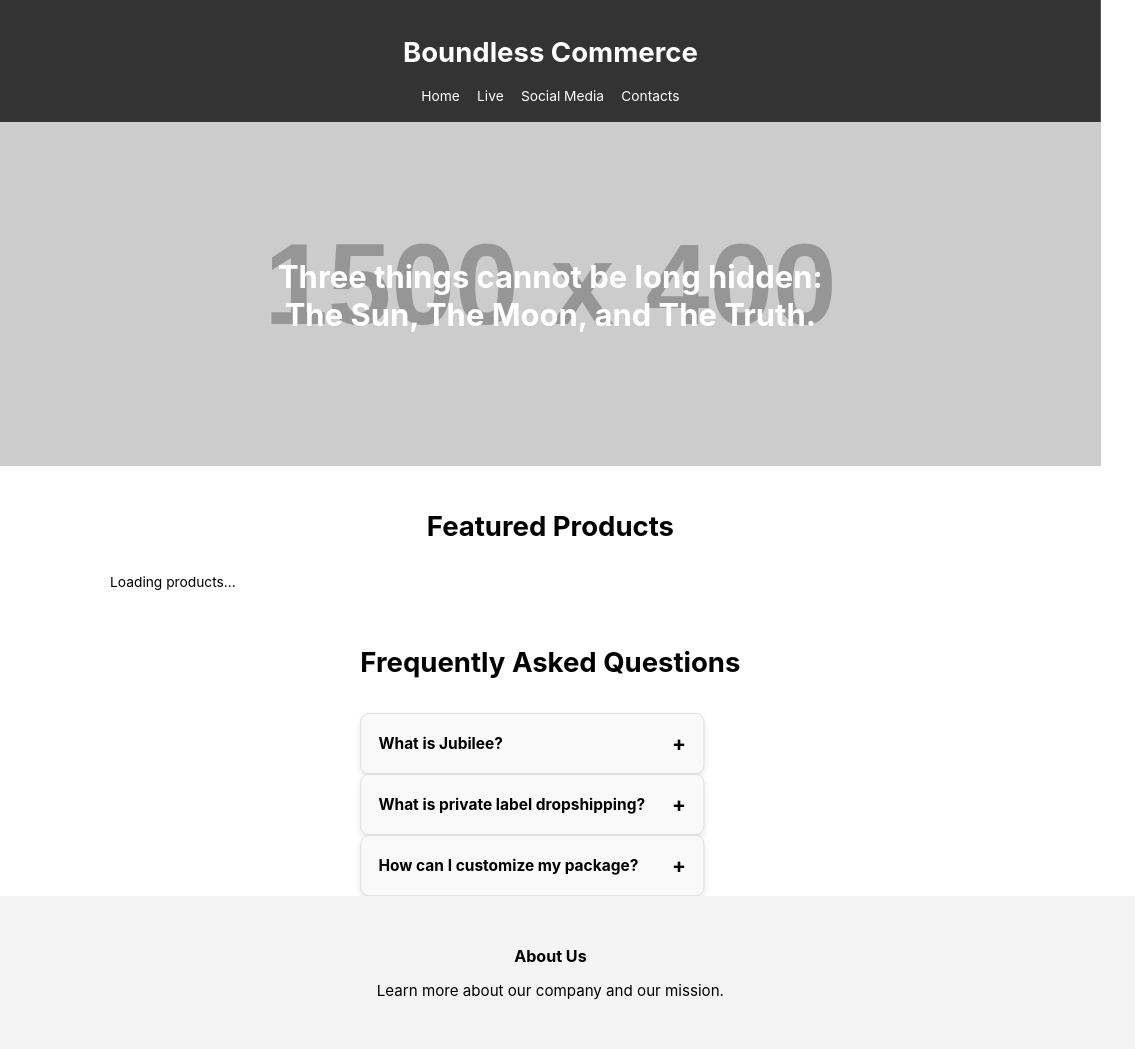
Repository: Nn-Exe/chunar-ecommerce
Page: / (app in ecommerce-frontend/)
These files come from the project's save history. The page is drawn as it stood at one moment and after the next save; the edit follows.
The browser window is 1280 px wide. The page is 1320 px wide, so the pictures cover 1320 px, including what lies to the right of the window. The pictures show the whole page, at 86% of full size.
The page's requests for data from a server got no answer. The project was rebuilt for these pictures with package versions that can differ from the ones it lists, and the page was loaded fresh each time. No one was signed in, and anything a server would have sent is missing.

Above is the page before, as saved 2024-09-11 13:49:41.

### ecommerce-frontend/src/App.js
import React, { useState, useEffect } from 'react';
import './App.css';
import { BrowserRouter as Router, Route, Routes } from 'react-router-dom';  // Importing React Router
import Navbar from './components/Navbar';  // Correct way to import default export
import HeroSection from './components/HeroSection';  // Correct way to import default export
import ProductList from './components/ProductList';  // Correct way to import default export
import Faq from './components/Faq';  // Import the Faq component from the components folder

// Home page component (the default view)
function Home({ products }) {
  return (
    <div className="home-page">
      {/* Hero Section */}
      <div className="hero-container">
        <HeroSection />
      </div>

      {/* Featured Products Section */}
      <section className="products-section">
        <div className="section-header">
          <h2>Featured Products</h2>
        </div>

        <div className="product-grid">
          <ProductList products={products} />
        </div>
      </section>

      <br />

      {/* FAQ Section */}
      <Faq />  {/* Using the imported Faq component */}

      {/* Add more sections here */}
      <section className="about-section">
        <div className="about-content">
          <h3>About Us</h3>
          <p>Learn more about our company and our mission.</p>
        </div>
      </section>
    </div>
  );
}

// Other page components
function Live() {
  return <h2>Live Page</h2>;
}

function Contacts() {
  return <h2>Contacts Page</h2>;
}

function SocialMedia() {
  // External link can be opened using an anchor tag, so no need for a separate page.
  window.location.href = "https://linktr.ee/chunar.co";  // Redirect to external social media page
  return null;
}

function App() {
  const [products, setProducts] = useState([]);

  useEffect(() => {
    fetch('http://localhost:5000/api/products')
      .then((response) => response.json())
      .then((data) => setProducts(data))
      .catch((error) => console.error('Error fetching products:', error));
  }, []);

  return (
    <Router>
      <div className="App">
        <header className="App-header">
          <h1>Boundless Commerce</h1>
          <Navbar />
        </header>

        <Routes>
          {/* Home page route */}
          <Route path="/" element={<Home products={products} />} />

          {/* Other pages */}
          <Route path="/live" element={<Live />} />
          <Route path="/contacts" element={<Contacts />} />

          {/* Redirect to external social media link */}
          <Route path="/social-media" element={<SocialMedia />} />
        </Routes>
      </div>
    </Router>
  );
}

export default App;

### ecommerce-frontend/src/App.css
/* ------------- Main Structure ------------ */

.App-header {
  background-color: #333;
  color: white;
  padding: 20px;
  text-align: center;
}

nav ul {
  list-style-type: none;
  padding: 0;
  margin: 0;
  display: flex;
  justify-content: center;
  gap: 20px;
}

nav ul li a {
  color: white;
  text-decoration: none;
  font-size: 16px;
}

.hero {
  position: relative;
  text-align: center;
}

.hero-banner {
  width: 100%;
  height: 400px;
  object-fit: cover;
}

.hero-text {
  position: absolute;
  top: 50%;
  left: 50%;
  transform: translate(-50%, -50%);
  color: white;
  font-size: 24px;
  font-weight: bold;
}

.products {
  padding: 40px;
  text-align: center;
}

.product-list {
  display: grid;
  grid-template-columns: repeat(5, 1fr);
  gap: 20px;
}

.product-card {
  border: 1px solid #ddd;
  padding: 20px;
  text-align: center;
  transition: transform 0.3s;
}

.product-card img {
  max-width: 100%;
  height: auto;
  margin-bottom: 10px;
}

.product-card:hover {
  transform: scale(1.05);
}


.product-card img {
  width: 200px;
  height: 200px;
  object-fit: cover;   /* Ensures the image covers the given area */
  border-radius: 10px; /* Optional: adds rounded corners */
}



/* ----------- Home Div -------------- */

/* App.css */

.home-page {
  display: flex;
  flex-direction: column;
  align-items: center;
}

/* Hero Section */
.hero-container {
  width: 100%;
  margin-bottom: 20px;
}

/* Products Section */
.products-section {
  width: 80%;
  margin: 0 auto;
}

.section-header h2 {
  text-align: center;
  font-size: 2rem;
  margin-bottom: 20px;
}

/* Product Grid
.product-grid {
  display: grid;
  grid-template-columns: repeat(3, 1fr);
  gap: 20px;
}

.product-card {
  border: 1px solid #ddd;
  padding: 20px;
  text-align: center;
} */

/* About Section */
.about-section {
  background-color: #f4f4f4;
  padding: 40px;
  width: 100%;
  text-align: center;
}

.about-section h3 {
  margin-bottom: 10px;
}

.about-section p {
  font-size: 1.1rem;
}


/* ----------- FAQ Section ---------------- */


/* Center the FAQ section */
.faq-section {
  max-width: 1200px;
  margin: 0 auto;
  text-align: center; /* Center the FAQ header */
}

/* Style the header separately */
.faq-section h2 {
  font-size: 32px;
  margin-bottom: 40px;
}

/* Grid layout for the FAQ items (excluding the header) */
.faq-items {
  display: grid;
  grid-template-columns: repeat(2, 1fr); /* Two columns per row */
  gap: 20px; /* Space between the FAQ items */
  justify-items: center; /* Center the items */
}

/* Style each FAQ item */
.faq-item {
  border: 1px solid #ddd;
  border-radius: 10px;
  width: 90%; /* Adjust the width of each bubble */
  background-color: #f9f9f9;
  box-shadow: 0 4px 8px rgba(0, 0, 0, 0.1);
  transition: all 0.3s ease; /* Smooth transition for hover and click */
}

.faq-item:hover {
  transform: scale(1.02); /* Slightly enlarge on hover */
}

/* Style the FAQ question (clickable area) */
.faq-question {
  padding: 20px;
  cursor: pointer;
  display: flex;
  justify-content: space-between;
  align-items: center;
  font-weight: bold;
  font-size: 18px;
}

/* Style the FAQ answer */
.faq-answer {
  padding: 0 20px;
  overflow: hidden;
  max-height: 0; /* Initially hidden */
  opacity: 0;
  transition: max-height 0.5s ease, opacity 0.5s ease; /* Smooth animation */
}

/* When the FAQ item is active, show the answer with a smooth transition */
.faq-item.active .faq-answer {
  max-height: 500px; /* Adjust based on expected content height */
  opacity: 1;
  padding-bottom: 20px; /* Add padding for better spacing when expanded */
}

/* Style the icon for toggling */
.icon {
  font-size: 24px;
  font-weight: bold;
  transition: transform 0.3s ease; /* Smoothly rotate the icon */
}

.faq-item.active .icon {
  transform: rotate(45deg); /* Rotate icon when active */
}

### ecommerce-frontend/src/components/Navbar.js
import React from 'react';
import { Link } from 'react-router-dom';

function Navbar() {
  return (
    <nav>
      <ul>
        <li><Link to="/">Home</Link></li>  {/* Links to the home page */}
        <li><Link to="/live">Live</Link></li>  {/* Links to the live page */}
        <li><a href="https://linktr.ee/chunar.co" target="_blank" rel="noopener noreferrer">Social Media</a></li> {/* Opens external link in new tab */}
        <li><Link to="/contacts">Contacts</Link></li>  {/* Links to the contacts page */}
      </ul>
    </nav>
  );
}

export default Navbar;

### ecommerce-frontend/src/components/HeroSection.js
import React from 'react';

function HeroSection() {
  return (
    <section className="hero">
      <img src="https://via.placeholder.com/1500x400" alt="Banner" className="hero-banner" />
      <div className="hero-text">
        <h2>Three things cannot be long hidden: The Sun, The Moon, and The Truth.</h2>
      </div>
    </section>
  );
}

export default HeroSection;  // Ensure you have this line

### ecommerce-frontend/src/components/ProductList.js
import React from 'react';

function ProductList({ products }) {
  return (
    <div className="product-list">
      {products.length === 0 ? (
        <p>Loading products...</p>
      ) : (
        products.map((product) => (
          <div key={product.id} className="product-card">
              <img
                src={product.image}
                alt={product.name}
                className="product-image"
              />
            <h3>{product.name}</h3>
            <p>{product.description}</p>
            <p>${product.price}</p>
          </div>
        ))
      )}
    </div>
  );
}

export default ProductList;

### ecommerce-frontend/src/components/Faq.js
import React, { useState } from 'react';

const Faq = () => {
  const [activeIndex, setActiveIndex] = useState(null);

  const toggleFaq = (index) => {
    setActiveIndex(activeIndex === index ? null : index);
  };

  return (
    <div className="faq-section">
      <h2>Frequently Asked Questions</h2>

      <div className={`faq-item ${activeIndex === 0 ? 'active' : ''}`}>
        <div className="faq-question" onClick={() => toggleFaq(0)}>
          <span>What is Jubilee?</span>
          <span className="icon">{activeIndex === 0 ? '-' : '+'}</span>
        </div>
        {activeIndex === 0 && (
          <div className="faq-answer">
            <p>Jubilee is a dropshipping marketplace that lets you build your own cosmetic and skincare line with minimal upfront costs...</p>
          </div>
        )}
      </div>

      <div className={`faq-item ${activeIndex === 1 ? 'active' : ''}`}>
        <div className="faq-question" onClick={() => toggleFaq(1)}>
          <span>What is private label dropshipping?</span>
          <span className="icon">{activeIndex === 1 ? '-' : '+'}</span>
        </div>
        {activeIndex === 1 && (
          <div className="faq-answer">
            <p>Private label dropshipping allows you to sell products from suppliers with your own branding...</p>
          </div>
        )}
      </div>

      <div className={`faq-item ${activeIndex === 2 ? 'active' : ''}`}>
        <div className="faq-question" onClick={() => toggleFaq(2)}>
          <span>How can I customize my package?</span>
          <span className="icon">{activeIndex === 2 ? '-' : '+'}</span>
        </div>
        {activeIndex === 2 && (
          <div className="faq-answer">
            <p>Private labeling is a great way to showcase your brand...</p>
          </div>
        )}
      </div>
    </div>
  );
};

export default Faq;

Loaded but not shown: ecommerce-frontend/public/index.html (common file); ecommerce-frontend/src/index.js (common file); ecommerce-frontend/src/index.css (common file); ecommerce-frontend/src/reportWebVitals.js (common file)

After the next save:
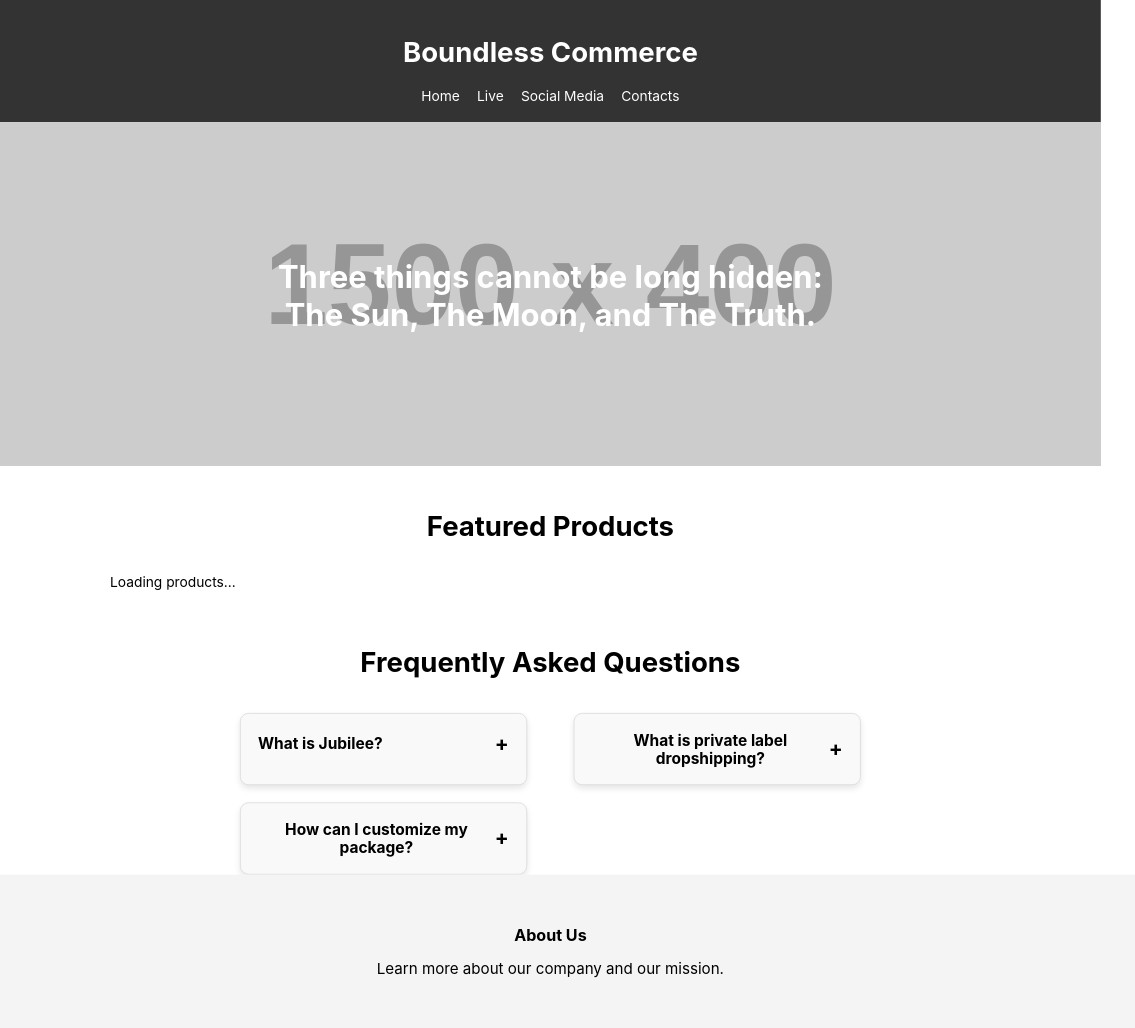
Saved 8 s later.
--- a/ecommerce-frontend/src/components/Faq.js
+++ b/ecommerce-frontend/src/components/Faq.js
@@ -9,42 +9,44 @@ const Faq = () => {
 
   return (
     <div className="faq-section">
-      <h2>Frequently Asked Questions</h2>
+      <h2>Frequently Asked Questions</h2> {/* Header is centered and separate */}
 
-      <div className={`faq-item ${activeIndex === 0 ? 'active' : ''}`}>
-        <div className="faq-question" onClick={() => toggleFaq(0)}>
-          <span>What is Jubilee?</span>
-          <span className="icon">{activeIndex === 0 ? '-' : '+'}</span>
+      <div className="faq-items"> {/* Grid layout for the items */}
+        <div className={`faq-item ${activeIndex === 0 ? 'active' : ''}`}>
+          <div className="faq-question" onClick={() => toggleFaq(0)}>
+            <span>What is Jubilee?</span>
+            <span className="icon">{activeIndex === 0 ? '-' : '+'}</span>
+          </div>
+          {activeIndex === 0 && (
+            <div className="faq-answer">
+              <p>Jubilee is a dropshipping marketplace that lets you build your own cosmetic and skincare line with minimal upfront costs...</p>
+            </div>
+          )}
         </div>
-        {activeIndex === 0 && (
-          <div className="faq-answer">
-            <p>Jubilee is a dropshipping marketplace that lets you build your own cosmetic and skincare line with minimal upfront costs...</p>
+
+        <div className={`faq-item ${activeIndex === 1 ? 'active' : ''}`}>
+          <div className="faq-question" onClick={() => toggleFaq(1)}>
+            <span>What is private label dropshipping?</span>
+            <span className="icon">{activeIndex === 1 ? '-' : '+'}</span>
           </div>
-        )}
-      </div>
+          {activeIndex === 1 && (
+            <div className="faq-answer">
+              <p>Private label dropshipping allows you to sell products from suppliers with your own branding...</p>
+            </div>
+          )}
+        </div>
 
-      <div className={`faq-item ${activeIndex === 1 ? 'active' : ''}`}>
-        <div className="faq-question" onClick={() => toggleFaq(1)}>
-          <span>What is private label dropshipping?</span>
-          <span className="icon">{activeIndex === 1 ? '-' : '+'}</span>
+        <div className={`faq-item ${activeIndex === 2 ? 'active' : ''}`}>
+          <div className="faq-question" onClick={() => toggleFaq(2)}>
+            <span>How can I customize my package?</span>
+            <span className="icon">{activeIndex === 2 ? '-' : '+'}</span>
+          </div>
+          {activeIndex === 2 && (
+            <div className="faq-answer">
+              <p>Private labeling is a great way to showcase your brand...</p>
+            </div>
+          )}
         </div>
-        {activeIndex === 1 && (
-          <div className="faq-answer">
-            <p>Private label dropshipping allows you to sell products from suppliers with your own branding...</p>
-          </div>
-        )}
-      </div>
-
-      <div className={`faq-item ${activeIndex === 2 ? 'active' : ''}`}>
-        <div className="faq-question" onClick={() => toggleFaq(2)}>
-          <span>How can I customize my package?</span>
-          <span className="icon">{activeIndex === 2 ? '-' : '+'}</span>
-        </div>
-        {activeIndex === 2 && (
-          <div className="faq-answer">
-            <p>Private labeling is a great way to showcase your brand...</p>
-          </div>
-        )}
       </div>
     </div>
   );
